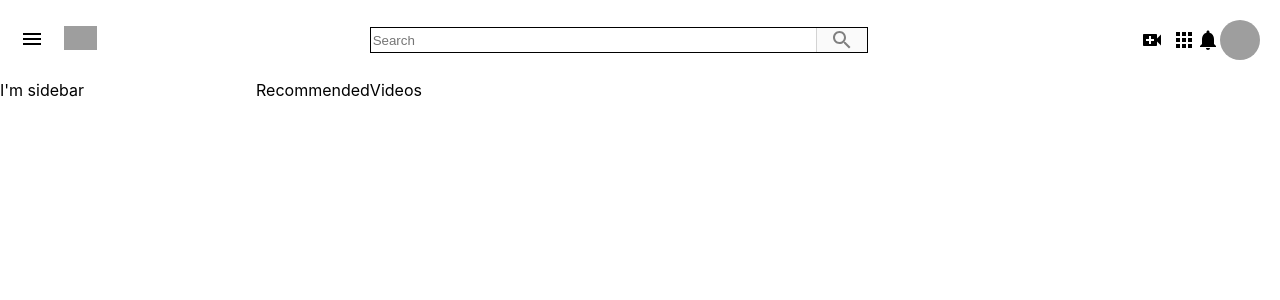
Repository: SubhashiniSundaresan/youtube-clone
Page: /search/
These files come from the project's save history. The page is drawn as it stood at one moment and after the next save; the edit follows.
The browser window is 1280 px wide. The pictures show the whole page.
Pictures or frames that could not be fetched are drawn as grey boxes. The project was rebuilt for these pictures with package versions that can differ from the ones it lists, and the page was loaded fresh each time.

Above is the page before, as saved 2020-12-23 15:19:44.

### src/App.js
import "./App.css";
import Header from "./Header";
import RecommendedVideos from "./RecommendedVideos";
import Sidebar from "./Sidebar";

function App() {
  return (
    <div className='app'>
      <Header />
      <div className='app__page'>
        <Sidebar />
        <RecommendedVideos />
      </div>
    </div>
  );
}

export default App;

### src/App.css
.app__page {
    display: flex;

}

### src/Header.js
import React from "react";
import MenuIcon from "@material-ui/icons/Menu";
import SearchIcon from "@material-ui/icons/Menu";
import { Apps, Notifications, Search, VideoCall } from "@material-ui/icons";
import { Avatar } from "@material-ui/core";
import "./Header.css";
function Header() {
  return (
    <div className='header'>
      <div className='header__left'>
        <MenuIcon />
        <img
          className='header__logo'
          src='https://upload.wikimedia.org/wikipedia/commons/thumb/a/af/Youtube.png/320px-Youtube.png'
          alt=''></img>
      </div>

      <div className='header__input'>
        <input placeholder='Search' type='text'></input>
        <Search className='header__inputButton' />
      </div>
      <div className='header__icons'>
        <VideoCall className='header__icon' />
        <Apps />
        <Notifications />
        <Avatar
          alt='subhashini'
          src='https://yt3.ggpht.com/yti/ANoDKi4bv7sfd1_sBv-rZAj3JLY49-VUpVyAS2WmagLTqA=s108-c-k-c0x00ffffff-no-rj'
        />
      </div>
    </div>
  );
}

export default Header;

### src/RecommendedVideos.js
import React from "react";
import "./RecommendedVideos.css";

function RecommendedVideos() {
  return <div className='recommendedVideos'>RecommendedVideos</div>;
}

export default RecommendedVideos;

### src/Sidebar.js
import React from "react";
import "./Sidebar.css";

function Sidebar() {
  return <div className='sidebar'>I'm sidebar</div>;
}

export default Sidebar;

### src/Header.css
.header {
    display: flex;
align-items: center;
justify-content: space-between;
padding: 20px;
position: sticky;
top: 0;
z-index:100;
background-color: white;
}

.header__logo {
    height: 25px;
    object-fit: contain;
    margin-left: 20px;

}

.header__icons {
    display: flex;
align-items: center;


}

.header__input {
    display: flex;
align-items: center;
border: 1px solid black;
width: 40%;
}


.header__inputButton {
    width: 50px !important;
    background-color: #fafafa;
    border-left: 1px solid lightgray;
    color: gray;
}

.header__input > input {
    flex:1;
    border: none;
}

.header__icon {
    margin-right: 8px;
}

### src/RecommendedVideos.css
.recommendedVideos {
    flex: 0.8;
}

### src/Sidebar.css
.sidebar {
    flex: 0.2;
}

### src/SidebarRow.js
import React from "react";

function SidebarRow({ title }) {
  return <div></div>;
}

export default SidebarRow;

Loaded but not shown: public/index.html (common file); src/index.js (common file); src/index.css (common file); src/reportWebVitals.js (common file)

After the next save:
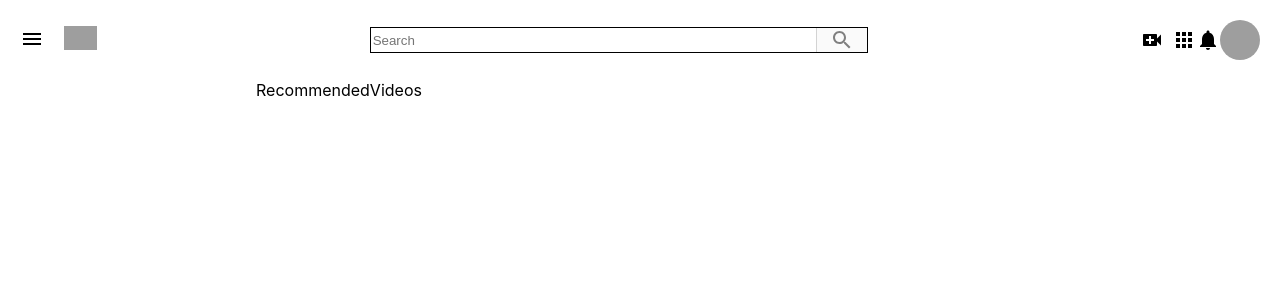
Saved 43 s later.
--- a/src/Sidebar.js
+++ b/src/Sidebar.js
@@ -1,8 +1,13 @@
 import React from "react";
 import "./Sidebar.css";
+import SidebarRow from "./SidebarRow";
 
 function Sidebar() {
-  return <div className='sidebar'>I'm sidebar</div>;
+  return (
+    <div className='sidebar'>
+      <SidebarRow title='Home' />
+    </div>
+  );
 }
 
 export default Sidebar;
